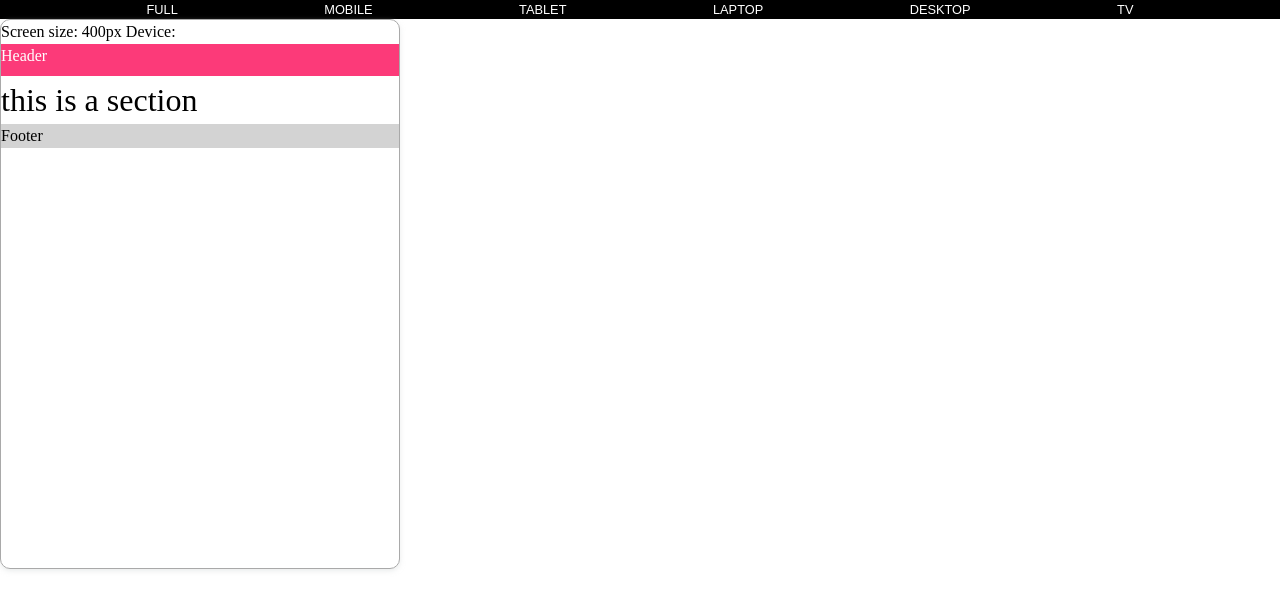
Repository: Terrycoco/coco-playground
Page: /
These files come from the project's save history. The page is drawn as it stood at one moment and after the next save; the edit follows.
The browser window is 1280 px wide. The pictures show the whole page.
The project was rebuilt for these pictures with package versions that can differ from the ones it lists, and the page was loaded fresh each time. The framework's server and built-in components were replaced by stand-ins that run in the browser. Also part of the build but not shown: next.config.js.

Above is the page before, as saved 2023-03-20 09:03:16.

### src/app/layout.js
//THIS FILE DEFINES BASIC HTML FOR WHOLE SITE
//YOU CAN OVERWRITE ANY METADATA IN INDIVIDUAL ROUTES ALSO
"use client";
import { Providers } from "./store/provider";
import "./globals.css";
import Header from "@/components/layout/Header.js";
import DeviceHeader from "@/components/layout/DeviceHeader";
import Footer from "@/components/layout/Footer";
import ScreenEmulator from "@/components/layout/ScreenEmulator";

//can't use metadata on files that use client
// export const metadata = {
//   title: "Theme Playground",
//   description: "Theme Playground By Coco",
// };

export default function RootLayout({ children }) {
  return (
    <html lang="en">
      <head>
        <title>Coco Theme Playground</title>
      </head>

      <body>
        <Providers>
          <>
            <DeviceHeader />
            <ScreenEmulator>
              <Header />

              {children}
              <Footer />
            </ScreenEmulator>
          </>
        </Providers>
      </body>
    </html>
  );
}

### src/app/page.js
"use client";
import { useSelector, useDispatch } from "react-redux";
import { selectTheme } from "./store/slices/themeSlice";

export default function Page() {
  const theme = useSelector(selectTheme);
  console.log("page recd theme:", theme);
  return (
    <main>
      <section>this is a section</section>
    </main>
  );
}

// <section id="theme" style={getContainerStyle("section")}>
// <h1 style={getHStyle("h1")}>
//   This the result of your Theme{"   "}
//   <span style={styles.smgray}>(h1)</span>
// </h1>
// <h2 style={getHStyle("h2")}>
//   Your Default Styles Are Shown{"   "}
//   <span style={styles.smgray}>(h2)</span>
// </h2>
// <h3 style={getHStyle("h3")}>
//   You selected {`${levCount - 1}`} levels of headings.
//   <span style={styles.smgray}>(h3)</span>
// </h3>

// <h4 style={getHStyle("h4")}>
//   I am a heading level 4 {"   "}
//   <span style={styles.smgray}>(h4)</span>
// </h4>

// <h5 style={getHStyle("h5")}>
//   I am a heading level 5{"   "}
//   <span style={styles.smgray}>(h5)</span>
// </h5>

// <h6 style={getHStyle("h6")}>
//   I am a heading level 6{"   "}
//   <span style={styles.smgray}>(h6)</span>
// </h6>

// <p data-el="p" style={getTextStyle("p")}>
//   Your theme settings will show up here. These are the default styles
//   for each element, which will be consistent across your project. You
//   can, of course, alter them for individual elements as you see fit.{" "}
//   <span style={styles.smgray}>(p)</span>
// </p>
// <p data-el="p" style={getTextStyle("p")}>
//   This is the paragraph element. To set the font scale among the
//   different headings and at different screen resolutions, go to{" "}
//   <b>SCALE</b>. The rest of the paragraph settings can be found by
//   clicking <b>TEXT</b> <span style={styles.smgray}>(p)</span>
// </p>

// <p data-el="p" style={getTextStyle("p")}>
//   Don't like the spacing? Click <b>CONTAINERS</b> to set default padding
//   and margins for container elements like sections, the header and
//   footer, between paragraphs, etc.{" "}
//   <span style={styles.smgray}>(p)</span>
// </p>
// </section>
// <section id="colors" style={getContainerStyle("section")}>
// <h1 style={getHStyle("h1")}>
//   This the result of your Theme{"   "}
//   <span style={styles.smgray}>(h1)</span>
// </h1>
// <h2 style={getHStyle("h2")}>
//   Your Default Styles Are Shown{"   "}
//   <span style={styles.smgray}>(h2)</span>
// </h2>
// <h3 style={getHStyle("h3")}>
//   You selected {`${levCount - 1}`} levels of headings.
//   <span style={styles.smgray}>(h3)</span>
// </h3>

// <h4 style={getHStyle("h4")}>
//   I am a heading level 4 {"   "}
//   <span style={styles.smgray}>(h4)</span>
// </h4>

// <h5 style={getHStyle("h5")}>
//   I am a heading level 5{"   "}
//   <span style={styles.smgray}>(h5)</span>
// </h5>

// <h6 style={getHStyle("h6")}>
//   I am a heading level 6{"   "}
//   <span style={styles.smgray}>(h6)</span>
// </h6>

// <p data-el="p" style={getTextStyle("p")}>
//   Your typography styles will show up here. These are the default styles
//   for each element, which will be consistent across your project. You
//   can, of course, alter them for individual elements as you see fit.{" "}
//   <span style={styles.smgray}>(p)</span>
// </p>
// <p data-el="p" style={getTextStyle("p")}>
//   This is the paragraph element. To set the font scale among the
//   different headings and at different screen resolutions, go to{" "}
//   <b>SCALE</b>. The rest of the paragraph settings can be found by
//   clicking <b>TYPOGRAPHY</b> <span style={styles.smgray}>(p)</span>
// </p>

// <p data-el="p" style={getTextStyle("p")}>
//   Don't like the spacing? Click <b>SPACING</b> to set default padding
//   and margins for elements like sections, the header and footer, between
//   paragraphs, etc. <span style={styles.smgray}>(p)</span>
// </p>
// </section>

### src/app/store/provider.js
"use client";

import { Provider } from "react-redux";
import store from "./store";

export function Providers({ children }) {
  return <Provider store={store}>{children}</Provider>;
}

### src/app/globals.css
@import "./reset.css";

:root {
  font-size: 1rem;
}
body {
  margin: 0;
  min-height: 100vh;
}

header {
  background-color: black;
  color: white;
}

footer {
  background-color: lightgray;
  color: black;
}

section {
  font-size: 2rem;
}

### src/components/layout/Header.js
"use client";
import React from "react";
import { useSelector } from "react-redux";
import { selectTheme } from "@/slices/themeSlice";
import { selectVariables } from "@/slices/variablesSlice";

function Header() {
  const theme = useSelector(selectTheme);
  const variables = useSelector(selectVariables);

  const getHeaderStyles = () => {
    let styles = { ...theme.containers.header };
    styles.backgroundColor = variables[styles.backgroundColor];
    return styles;
  };

  return <header style={getHeaderStyles()}>Header</header>;
}

export default Header;

### src/components/layout/DeviceHeader.js
"use client";
import { useState, useEffect } from "react";
import { useSelector, useDispatch } from "react-redux";
import {
  selectCurrentDevice,
  updateCurrentDevice,
  updateIsFullScreen,
  selectIsFullScreen,
} from "@/slices/uiSlice";
import { selectDevices } from "@/slices/themeSlice";
import css from "./layout.module.css";

const DeviceHeader = () => {
  const currentDevice = useSelector(selectCurrentDevice);
  const fullScreen = useSelector(selectIsFullScreen);
  const dispatch = useDispatch();
  const devices = useSelector(selectDevices);
  const [userSize, setUserSize] = useState();
  const [userDevice, setUserDevice] = useState();

  useEffect(() => {
    setUserSize(window.innerWidth); //TODO MAKE RESPONSIVE
    let ud = getUserDevice(window.innerWidth, devices);
    setUserDevice(getUserDevice(ud));
    dispatch(updateCurrentDevice(ud));
  }, []);

  const styles = {
    header: {
      fontFamily: "Arial",
    },
    menu: {
      display: "flex",
      flexDirection: "row",
      justifyContent: "space-evenly",
    },
    li: {
      textTransform: "uppercase",
      fontSize: ".8rem",
    },
  };

  const handleSelect = (e) => {
    const dev = e.target.id;
    if (dev === "full") {
      dispatch(updateIsFullScreen(true));
      dispatch(updateCurrentDevice(userDevice));
    } else {
      dispatch(updateCurrentDevice(dev));
      dispatch(updateIsFullScreen(false));
    }
  };

  return (
    <header style={styles.header}>
      <menu style={styles.menu}>
        <li
          id="full"
          style={styles.li}
          onClick={handleSelect}
          className={css.li}
        >
          Full
        </li>
        <li id="mobile" style={styles.li} className={css.li}>
          mobile
        </li>
        <li id="tablet" style={styles.li} className={css.li}>
          tablet
        </li>
        <li id="laptop" style={styles.li} className={css.li}>
          laptop
        </li>
        <li id="desktop" style={styles.li} className={css.li}>
          desktop
        </li>
        <li id="tv" style={styles.li} className={css.li}>
          tv
        </li>
      </menu>
    </header>
  );
};

export default DeviceHeader;

function getUserDevice(size, devices) {
  for (const d in devices) {
    if (devices[d].min <= size && size <= devices[d].max) {
      return d;
    }
  }
}

### src/components/layout/Footer.js
"use client";
import React from "react";

const Footer = () => {
  return <footer>Footer</footer>;
};

export default Footer;

### src/components/layout/ScreenEmulator.js
import { useState, useEffect } from "react";
import { useSelector } from "react-redux";
import { selectCurrentDevice, selectIsFullScreen } from "@/slices/uiSlice";
import { selectDevices, selectDeviceElements } from "@/slices/themeSlice";

const ScreenEmulator = ({ children, ...props }) => {
  const [width, setWidth] = useState("400px");
  const isFullScreen = useSelector(selectIsFullScreen);
  const device = useSelector(selectCurrentDevice);
  const devices = useSelector(selectDevices);
  const [baseFontSize, setBaseFontSize] = useState();
  const fontSizes = useSelector(selectDeviceElements);

  //get some valid heights
  useEffect(() => {
    if (device !== undefined) {
      console.log("got here");
      setWidth(devices[device].min + 100 + "px");
      setBaseFontSize(fontSizes[device].body.fontSize + "px");
    }
  }, [device]);

  const getEmulation = () => {
    return {
      border: "1px solid darkgray",
      width: `${width}`,
      fontSize: `${baseFontSize}`,

      height: "550px",
      overflow: "scroll",
      borderRadius: "10px",
      boxShadow: "rgba(213, 217, 217, 0.5) 0 2px 5px 0",
    };
  };

  if (isFullScreen) return <>{children}</>;
  else
    return (
      <div style={getEmulation()}>
        Screen size: {width} Device: {device}
        {children}
      </div>
    );
};

export default ScreenEmulator;

### src/app/store/slices/themeSlice.js
"use client";

import { createSlice, createSelector } from "@reduxjs/toolkit";
import { HYDRATE } from "next-redux-wrapper";
import { currentTheme } from "@/themes";

const initialState = {
  headingCount: currentTheme.headingCount,
  fonts: currentTheme.fonts,
  colors: currentTheme.colors,
  colorVariants: currentTheme.colorVariants,
  devices: currentTheme.devices,
  deviceElements: currentTheme.deviceElements,
  text: currentTheme.text,
  containers: currentTheme.containers,
};

export const themeSlice = createSlice({
  name: "theme",
  initialState,
  reducers: {
    updateText(state, action) {
      state.text[action.payload.element][action.payload.propName] =
        action.payload.value;
    },

    extraReducers: {
      [HYDRATE]: (state, action) => {
        return {
          ...state,
          ...action.payload.theme,
        };
      },
    },
  },
});

export const { updateText } = themeSlice.actions;
export const selectTheme = (state) => state.theme;
export const selectText = (state) => state.theme.text;
export const selectDevices = (state) => state.theme.devices;
export const selectDeviceElements = (state) => state.theme.deviceElements;
export default themeSlice.reducer;

### src/app/store/store.js
"use client"; //anything that will access redux must use client
import { configureStore } from "@reduxjs/toolkit";
import { themeSlice } from "./slices/themeSlice";
import { variablesSlice } from "./slices/variablesSlice";
import { uiSlice } from "./slices/uiSlice";

// config the store
const store = configureStore({
  reducer: {
    [themeSlice.name]: themeSlice.reducer,
    [variablesSlice.name]: variablesSlice.reducer,
    [uiSlice.name]: uiSlice.reducer,
  },
});

// export default the store
console.log("store:", store.getState());
export default store;

### src/app/reset.css
/* Box sizing rules */
*,
*::before,
*::after {
  box-sizing: border-box;
}

/* Remove default margin */
main,
html,
body,
h1,
h2,
h3,
h4,
h5,
h6,
p,
figure,
blockquote,
dl,
dd {
  margin: 0;
  padding: 0;
}

/* Remove list styles on ul, ol elements with a list role, which suggests default styling will be removed */
ul,
menu,
ol {
  list-style: none;
}

/* remove discs from list items */
li {
  list-style-type: none;
}

/* Set core root defaults */
html:focus-within {
  scroll-behavior: smooth;
}

/* Set core body defaults */
body {
  min-height: 100vh;
  text-rendering: optimizeSpeed;
  line-height: 1.5;
}

/* A elements that don't have a class get default styles */
a:not([class]) {
  text-decoration-skip-ink: auto;
}

/* Make images easier to work with */
img,
picture {
  max-width: 100%;
  display: block;
}

menu {
  margin-block-start: 0em;
  margin-block-end: 0em;
  margin-inline-start: 0px;
  margin-inline-end: 0px;
  padding-inline-start: 0px;
}

/* Inherit fonts for inputs and buttons */
input,
button,
textarea,
select {
  font: inherit;
}

/* remove any default font props */
body,
h1,
h2,
h3,
h4,
h5,
h6,
p {
  letter-spacing: normal;
  word-spacing: normal;
  line-height: 1.5;
  font-optical-sizing: auto;
}

/* Remove all animations, transitions and smooth scroll for people that prefer not to see them */
@media (prefers-reduced-motion: reduce) {
  html:focus-within {
    scroll-behavior: auto;
  }

  *,
  *::before,
  *::after {
    animation-duration: 0.01ms !important;
    animation-iteration-count: 1 !important;
    transition-duration: 0.01ms !important;
    scroll-behavior: auto !important;
  }
}

### src/app/store/slices/variablesSlice.js
import { createSlice } from "@reduxjs/toolkit";
import { HYDRATE } from "next-redux-wrapper";
import { currentTheme } from "@/themes";
import { updateColor, updateFont } from "@/app/store/sharedActions";

function toCSS(key) {
  var result = key.replace(/([A-Z])/g, " $1");
  return result.split(" ").join("-").toLowerCase();
}

const getFontVariable = (fontName) => {
  let str = fontName.replaceAll(" ", "-").toLowerCase();
  return `var(--font-${str})`;
};

const loadInitVariables = () => {
  let variables = {};
  let section, prefix;

  //fonts
  section = "fonts";
  prefix = "var(--font-";
  for (const key in currentTheme[section]) {
    variables[`${prefix}${key})`] = getFontVariable(currentTheme[section][key]);
  }

  //colors
  section = "colors";
  prefix = "var(--clr-";
  for (const key in currentTheme[section]) {
    variables[`${prefix}${key})`] = toCSS(currentTheme[section][key]);
  }

  //color variants
  section = "colorVariants";
  prefix = "var(--clr-";
  for (const key in currentTheme[section]) {
    variables[`${prefix}${key})`] = toCSS(currentTheme[section][key]);
  }

  return variables;
};

const initialState = loadInitVariables();

export const variablesSlice = createSlice({
  name: "variables",
  initialState,
  reducers: {
    updateVariable(state, action) {
      state[action.payload.key] = action.payload.value;
    },
  },
  extraReducers: (builder) => {
    builder
      .addCase(updateColor, (state, action) => {
        action.payload.map((obj) => {
          state[obj.themeVar] = obj.value;
        });
      })
      .addCase(updateFont, (state, action) => {
        console.log("got here:", action.payload);
        //theme variable (ie body) has been updated to another font
        state[action.payload.themeVar] = action.payload.fontVar;
      });
  },
});

export const { updateVariable } = variablesSlice.actions;
export const selectVariables = (state) => state.variables;
export default variablesSlice.reducer;

### src/app/store/slices/uiSlice.js
"use client";

//slice for ui state

import { createSlice, createSelector } from "@reduxjs/toolkit";
import { HYDRATE } from "next-redux-wrapper";

const initialState = {
  currentForm: "",
  currentDevice: "",
  isFullScreen: true,
  isDrawerOpen: false,
  currentTab: 1,
};

export const uiSlice = createSlice({
  name: "ui",
  initialState,
  reducers: {
    updateCurrentForm(state, action) {
      state.currentForm = action.payload;
    },
    updateCurrentTab(state, action) {
      state.currentTab = action.payload;
    },
    updateCurrentDevice(state, action) {
      state.currentDevice = action.payload;
    },
    updateIsDrawerOpen(state, action) {
      state.isDrawerOpen = action.payload;
    },
    updateIsFullScreen(state, action) {
      state.isFullScreen = action.payload;
    },

    extraReducers: {
      [HYDRATE]: (state, action) => {
        return {
          ...state,
          ...action.payload.ui,
        };
      },
    },
  },
});

export const {
  updateCurrentForm,
  updateCurrentDevice,
  updateCurrentTab,
  updateIsDrawerOpen,
  updateIsFullScreen,
} = uiSlice.actions;
export const selectCurrentDevice = (state) => state.currentDevice;
export const selectCurrentTab = (state) => state.currentTab;
export const selectCurrentForm = (state) => state.currentForm;
export const selectIsDrawerOpen = (state) => state.isDrawerOpen;
export const selectIsFullScreen = (state) => state.isFullScreen;
export default uiSlice.reducer;

### src/components/layout/layout.module.css
.li:hover {
  font-weight: 700;
}

### src/themes/index.js
import init from "./init";

module.exports = { currentTheme: init };

### src/app/store/sharedActions.js
import { createAction } from "@reduxjs/toolkit";
const varKeys = [75, 50, 25, 10, 5];

const updateColor = createAction("UPDATE_COLOR", function prepare(obj) {
  //any time theme color is updated, so are variants so pass those in with the payload
  console.log("shared updateColor", obj);
  let key = obj.key;
  let payloadVal = [];
  let newhex = obj.value;
  if (key !== "error" && key !== "whitish") {
    varKeys.map((pct) => {
      let variantKey = `${key}${pct}`;
      let val = getPctOfHex(newhex, pct);
      payloadVal.push({
        key: variantKey,
        value: val,
        section: "variants",
        themeVar: `var(--clr-${variantKey})`,
      });
    });
  }
  //push original one
  payloadVal.push({
    key: key,
    value: newhex,
    section: "themed",
    themeVar: `var(--clr-${key})`,
  });
  //console.log("newpayload:", payloadVal);
  return { payload: payloadVal };
});

const updateFont = createAction("UPDATE_FONT", function prepare(obj) {
  console.log("fontobj:", obj);
  /*shape of font payload
      propName: "body",
      name: "Gelasio",
      themeVar: "var(--font-body)",
      fontVar: "var(--font-gelasio)" */

  return { payload: obj };
});

module.exports = { updateColor, updateFont };

// util functions to calculate variant values --------------
function hexToHSL(H) {
  // Convert hex to RGB first
  let r = 0,
    g = 0,
    b = 0;
  if (H.length == 4) {
    r = "0x" + H[1] + H[1];
    g = "0x" + H[2] + H[2];
    b = "0x" + H[3] + H[3];
  } else if (H.length == 7) {
    r = "0x" + H[1] + H[2];
    g = "0x" + H[3] + H[4];
    b = "0x" + H[5] + H[6];
  }
  // Then to HSL
  r /= 255;
  g /= 255;
  b /= 255;
  let cmin = Math.min(r, g, b),
    cmax = Math.max(r, g, b),
    delta = cmax - cmin,
    h = 0,
    s = 0,
    l = 0;

  if (delta == 0) h = 0;
  else if (cmax == r) h = ((g - b) / delta) % 6;
  else if (cmax == g) h = (b - r) / delta + 2;
  else h = (r - g) / delta + 4;

  h = Math.round(h * 60);

  if (h < 0) h += 360;

  l = (cmax + cmin) / 2;
  s = delta == 0 ? 0 : delta / (1 - Math.abs(2 * l - 1));
  s = +(s * 100).toFixed(1);
  l = +(l * 100).toFixed(1);

  return { h: h, s: s, l: l };
}
function getPctOfHex(hex, pct) {
  //incoming pct is pct opacity of orig color
  let inverted = 100 - pct;
  //convert incoming to hsl
  let hsl = hexToHSL(hex);

  //current lightness is 0%;
  let currentLightPct = hsl.l;
  let remainingLightPct = 100 - currentLightPct;
  let onepct = remainingLightPct / 100;
  let desiredPct = onepct * inverted + currentLightPct;
  let result = HSLToHex(hsl.h, hsl.s, desiredPct);
  return result;
}
function HSLToHex(h, s, l) {
  s /= 100;
  l /= 100;

  let c = (1 - Math.abs(2 * l - 1)) * s,
    x = c * (1 - Math.abs(((h / 60) % 2) - 1)),
    m = l - c / 2,
    r = 0,
    g = 0,
    b = 0;

  if (0 <= h && h < 60) {
    r = c;
    g = x;
    b = 0;
  } else if (60 <= h && h < 120) {
    r = x;
    g = c;
    b = 0;
  } else if (120 <= h && h < 180) {
    r = 0;
    g = c;
    b = x;
  } else if (180 <= h && h < 240) {
    r = 0;
    g = x;
    b = c;
  } else if (240 <= h && h < 300) {
    r = x;
    g = 0;
    b = c;
  } else if (300 <= h && h < 360) {
    r = c;
    g = 0;
    b = x;
  }
  // Having obtained RGB, convert channels to hex
  r = Math.round((r + m) * 255).toString(16);
  g = Math.round((g + m) * 255).toString(16);
  b = Math.round((b + m) * 255).toString(16);

  // Prepend 0s, if necessary
  if (r.length == 1) r = "0" + r;
  if (g.length == 1) g = "0" + g;
  if (b.length == 1) b = "0" + b;

  return "#" + r + g + b;
}

### src/themes/init.js
//to use, import this file and set this as currentTheme in /src/themes/index
const headingCount = 1;

const fonts = {
  body: "Times",
  display: "Times",
  special: "Times",
  mono: "Times",
  forms: "Arial",
};

const deviceElements = {
  mobile: {
    body: {
      fontSize: "18",
      lineHeight: "1.5",
    },
    h1: {
      fontSize: "40",
      lineHeight: "1.16",
    },
  },
  tablet: {
    body: {
      fontSize: "19",
      lineHeight: "1.5",
    },
    h1: {
      fontSize: "40",
      lineHeight: "1.16",
    },
  },
  laptop: {
    body: {
      fontSize: "20",
      lineHeight: "1.329",
    },
    h1: {
      fontSize: "52",
      lineHeight: "1.16",
    },
  },
  desktop: {
    body: {
      fontSize: "24",
      lineHeight: "1.345",
    },
    h1: {
      fontSize: "57",
      lineHeight: "1.16",
    },
  },

  tv: {
    body: {
      fontSize: "28",
      lineHeight: "1.391",
    },
    h1: {
      fontSize: "67",
      lineHeight: "1.031",
    },
  },
};

const devices = {
  mobile: {
    min: 320,
    max: 479,
  },

  tablet: {
    min: 480,
    max: 767,
  },

  laptop: {
    min: 768,
    max: 1023,
  },

  desktop: {
    min: 1024,
    max: 1999,
  },

  tv: {
    min: 1200,
    max: 9999,
  },
};

const colors = {
  primary: "#fc3a79",
  secondary: "#fe572e",
  blackish: "#261f22",
  whitish: "#f5f5f4",
  error: "#dc2626",
};

const colorVariants = {
  primary75: "#fd6b99",
  primary50: "#fe9dbb",
  primary25: "#fecedd",
  primary10: "#ffebf1",
  primary5: "#fff5f8",
  secondary75: "#fe8162",
  secondary50: "#feab96",
  secondary25: "#ffd5cb",
  secondary10: "#ffeeea",
  secondary5: "#fff7f5",
  blackish75: "#635158",
  blackish50: "#9c868f",
  blackish25: "#cdc2c7",
  blackish10: "#ebe7e9",
  blackish5: "#f5f3f4",
};

const containers = {
  header: {
    backgroundColor: "var(--clr-primary)",
    height: "2rem",
    paddingRight: "0rem",
    paddingLeft: "0rem",
  },
  main: {
    paddingTop: "2rem",
    paddingRight: "0rem",
    paddingBottom: "0rem",
    paddingLeft: "0rem",
  },
  section: {
    paddingTop: "0rem",
    paddingRight: "0rem",
    paddingBottom: "0rem",
    paddingLeft: "0rem",
  },
  article: {
    paddingTop: "0rem",
    paddingRight: "0rem",
    paddingBottom: "0rem",
    paddingLeft: "0rem",
  },
  aside: {
    paddingTop: "0rem",
    paddingRight: "0rem",
    paddingBottom: "0rem",
    paddingLeft: "0rem",
  },
  footer: {
    backgroundColor: "var(--clr-primary50)",
    color: "var(--clr-blackish)",
    height: "0rem",
    paddingTop: "0rem",
    paddingRight: "0rem",
    paddingBottom: "0rem",
    paddingLeft: "0rem",
  },
};

const text = {
  p: {
    color: "var(--clr-blackish)",
    fontFamily: "var(--font-body)",
    fontWeight: "400",
    fontSize: "var(--fs-body)",
    lineHeight: "var(--lh-body)",
    letterSpacing: "0px",
    wordSpacing: "0px",
    maxWidth: "60ch",
    marginBottom: "1rem",
  },

  h1: {
    color: "var(--clr-blackish)",
    fontFamily: "var(--font-display)",
    fontWeight: "400",
    fontSize: "var(--fs-h1)",
    lineHeight: "var(--lh-h1)",
    letterSpacing: "-1.5px",
    wordSpacing: "-5px",
    maxWidth: "60ch",
    marginBottom: "1rem",
  },

  h2: {
    color: "var(--clr-blackish)",
    fontFamily: "var(--font-display)",
    fontWeight: "400",
    fontSize: "var(--fs-h2)",
    lineHeight: "var(--lh-h2)",
    letterSpacing: "-1.5px",
    wordSpacing: "-5px",
    maxWidth: "60ch",
    marginBottom: "1rem",
  },

  h3: {
    color: "var(--clr-blackish)",

    fontFamily: "var(--font-display)",

    fontWeight: "400",

    fontSize: "1rem",

    lineHeight: "150%",

    letterSpacing: "-1.5px",

    wordSpacing: "-5px",
    maxWidth: "60ch",
    marginBottom: "1rem",
  },

  h4: {
    color: "var(--clr-blackish)",

    fontFamily: "var(--font-display)",

    fontWeight: "400",

    fontSize: "1rem",

    lineHeight: "150%",

    letterSpacing: "-1.5px",

    wordSpacing: "-5px",
    maxWidth: "60ch",
    marginBottom: "1rem",
  },

  h5: {
    color: "var(--clr-blackish)",

    fontFamily: "var(--font-display)",

    fontWeight: "400",

    fontSize: "1rem",

    lineHeight: "150%",

    letterSpacing: "-1.5px",

    wordSpacing: "-5px",
    maxWidth: "60ch",
    marginBottom: "1rem",
  },

  h6: {
    color: "var(--clr-blackish)",

    fontFamily: "var(--font-display)",

    fontWeight: "400",

    fontSize: "1rem",

    lineHeight: "150%",

    letterSpacing: "-1.5px",

    wordSpacing: "-5px",
    marginBottom: "1rem",
  },

  small: {
    color: "var(--clr-blackish)",
    fontFamily: "var(--font-forms)",
    fontWeight: "400",
    fontSize: "var(--fs-sm)",
    lineHeight: "1",
    letterSpacing: "-1.5px",
    wordSpacing: "-5px",
    maxWidth: "60ch",
    marginBottom: "0rem",
  },
};

const theme = {
  headingCount,
  colors,
  colorVariants,
  fonts,
  deviceElements,
  devices,
  containers,
  text,
};

module.exports = {
  headingCount,
  colors,
  colorVariants,
  fonts,
  deviceElements,
  devices,
  containers,
  text,
  theme,
};

After the next save:
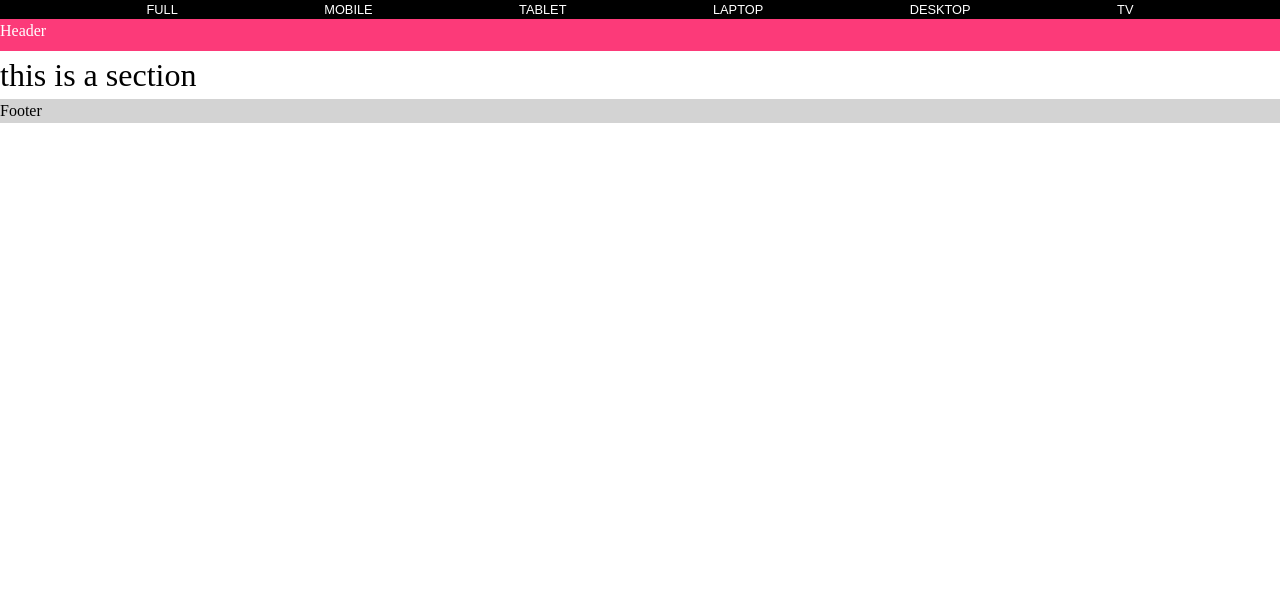
Saved 97 s later.
--- a/src/components/layout/ScreenEmulator.js
+++ b/src/components/layout/ScreenEmulator.js
@@ -33,7 +33,7 @@ const ScreenEmulator = ({ children, ...props }) => {
     };
   };
 
-  if (isFullScreen) return <>{children}</>;
+  if (!isFullScreen) return <> {children}</>;
   else
     return (
       <div style={getEmulation()}>
